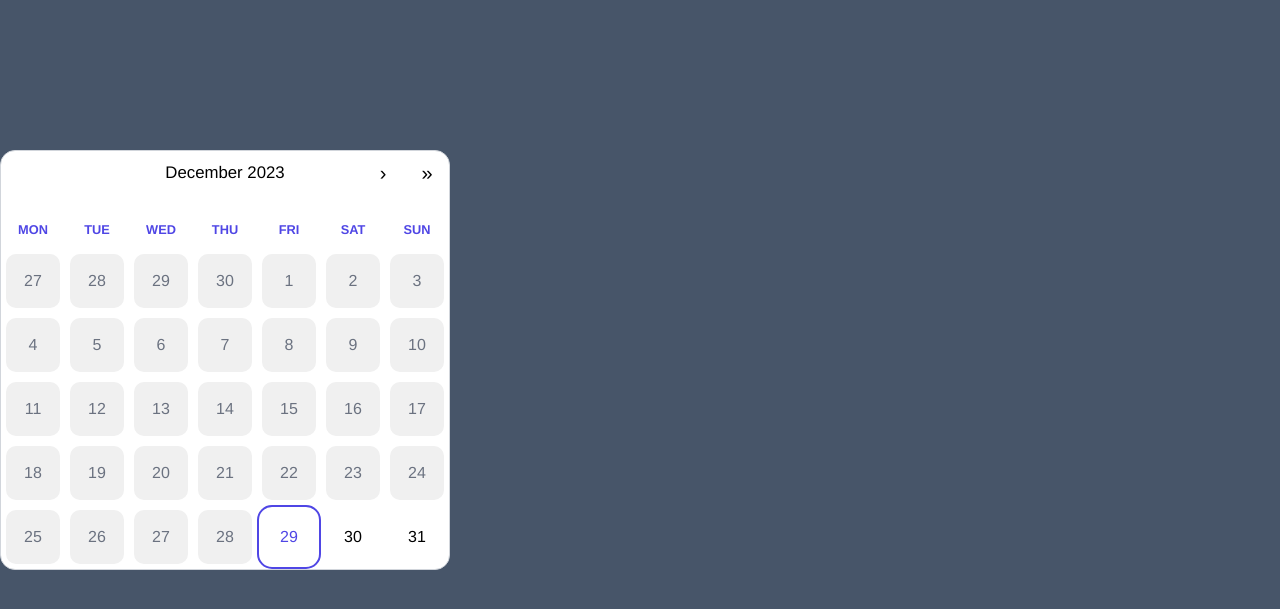
Repository: ImedBousakhria/appointment_system_prototype
Page: /
The author's editor kept a copy of each file at every save. The page is drawn from the files as they stood at one save, then again after a run of saves.
The browser window is 1280 px wide. The pictures show the whole page.
The project was rebuilt for these pictures with package versions that can differ from the ones it lists, and the page was loaded fresh each time. Also part of the build but not shown: vite.config.js.

Above is the page before, as saved 2023-12-30 00:30:27.

### src/App.jsx
import React, { useState } from "react";
import reactLogo from "./assets/react.svg";
import viteLogo from "/vite.svg";
import { InlineWidget } from "react-calendly";
import ReactCalendar from "react-calendar";
import "./Calendar.css";
import { add, format } from "date-fns";
function App() {
  const [date, setDate] = useState({ justDate: null, dateTime: null });

  const getTimes = () => {
    if (!date.justDate) return;
    const { justDate } = date;
    const beginning = add(justDate, { hours: 9 });
    const end = add(justDate, { hours: 12 });
    const interval = 30;

    const times = [];
    for (let i = beginning; i <= end; i = add(i, { minutes: interval })) {
      times.push(new Date(i));
    }

    return times;
  };
  const times = getTimes();
  return (
    <div className=" bg-slate-600 flex gap-6 items-center h-screen">
      <ReactCalendar
        minDate={new Date()}
        className="REACT-CALENDAR"
        view="month"
        onClickDay={(date) => setDate((prev) => ({ ...prev, justDate: date }))}
      />
      {date.justDate ? (
        <div className=" flex flex-col gap-3">
          {times?.map((time, i) => (
            <div key={`time-${i}`} className=" bg-white py-2 px-3 cursor-pointer rounded-md font-semibold hover:bg-gray-300">
              {console.log(time)}
              {format(time, "kk:mm")}
            </div>
          ))}
        </div>
      ) : null}
    </div>
  );
}

export default App;

### src/index.css
/* styles.css */

@import 'tailwindcss/base';
@import 'tailwindcss/components';
@import 'tailwindcss/utilities';

/* Your custom styles go here */

### src/Calendar.css
.react-calendar {
    width: 450px;
    max-width: 100%;
    background: white;
    border-radius: 15px;
    border: 1px solid rgb(209 213 219);
    font-family: Manrope, Helvetica, sans-serif;
    line-height: 1.125em;
  }
  .react-calendar--doubleView {
    width: 700px;
  }
  .react-calendar--doubleView .react-calendar__viewContainer {
    display: flex;
    margin: -0.5em;
  }
  .react-calendar--doubleView .react-calendar__viewContainer > * {
    width: 50%;
    margin: 0.5em;
  }
  .react-calendar,
  .react-calendar *,
  .react-calendar *:before,
  .react-calendar *:after {
    -moz-box-sizing: border-box;
    -webkit-box-sizing: border-box;
    box-sizing: border-box;
  }

  /* Custom Navigation Styles */
  @media screen and (max-width: 500px) {
    .react-calendar__navigation__prev2-button,
    .react-calendar__navigation__prev-button {
      display: none;
    }
    .react-calendar__navigation__label {
      padding-left: 1rem;
      text-align: left;
    }
  }

  .react-calendar button {
    margin: 0;
    border: 0;
    outline: none;
  }
  .react-calendar button:enabled:hover {
    cursor: pointer;
  }
  .react-calendar__navigation {
    display: flex;
    height: 44px;
    margin-bottom: 1em;
  }
  .react-calendar__navigation button {
    min-width: 44px;
    background: none;
  }
  .react-calendar__navigation button:disabled {
    visibility: hidden;
    background-color: #f0f0f0;
  }
  .react-calendar__navigation button:enabled:hover,
  .react-calendar__navigation button:enabled:focus {
    background-color: #e6e6e6;
  }
  .react-calendar__month-view__weekdays {
    color: #4f46e5;
    text-align: center;
    text-transform: uppercase;
    font-weight: 700;
    font-size: 0.8em;
  }
  /* Each day should be round when hovered */
  .react-calendar__month-view__days__day {
    padding: 5px;
    background-clip: content-box !important;
    border-radius: 15px !important;
  }

  .react-calendar__navigation__label__labelText {
    font-weight: 500;
    font-size: 1.05em;
  }
  .react-calendar__navigation__label {
    pointer-events: none;
  }

  .react-calendar__navigation__arrow {
    background-color: #fff;
    padding: 7px;
    background-clip: content-box !important;
    border-radius: 50px;
    font-size: 1.25em;
  }
  .react-calendar__navigation__arrow:hover {
    background-color: rgb(107 114 128);
  }

  /* If you do not wish to show weekends */

  /*
  .react-calendar__month-view__days > .react-calendar__tile,
  .react-calendar__month-view__weekdays__weekday {
    flex-basis: 20% !important;
    max-width: 20% !important;
  }

  .react-calendar__month-view__weekdays__weekday:nth-child(6),
  .react-calendar__month-view__weekdays__weekday:nth-child(7) {
    display: none !important;
  }

  .react-calendar__month-view__days__day--weekend {
    display: none !important;
  }
  */

  .react-calendar__month-view__weekdays__weekday {
    padding: 0.75em;
  }
  .react-calendar__month-view__weekdays__weekday abbr {
    text-decoration: none;
  }
  .react-calendar__month-view__weekNumbers .react-calendar__tile {
    display: flex;
    align-items: center;
    justify-content: center;
    font-size: 0.75em;
    font-weight: bold;
  }
  .react-calendar__month-view__days__day--neighboringMonth {
    color: #b3b3b3;
  }
  .react-calendar__year-view .react-calendar__tile,
  .react-calendar__decade-view .react-calendar__tile,
  .react-calendar__century-view .react-calendar__tile {
    padding: 2em 0.5em;
  }
  .react-calendar__tile {
    aspect-ratio: 1/1;
    max-width: 100%;
    background: none;
    text-align: center;
  }
  .react-calendar__tile:disabled {
    background-color: #f0f0f0;
    color: rgb(107 114 128);
  }
  .react-calendar__tile:enabled:hover,
  .react-calendar__tile:enabled:focus {
    background-color: rgb(238 242 255);
  }
  .react-calendar__tile--now {
    border-radius: 15px;
    border: 2px solid #4f46e5 !important;
    color: #4f46e5;
  }
  .react-calendar__tile--now:enabled:hover,
  .react-calendar__tile--now:enabled:focus {
    background-color: rgb(238 242 255);
  }
  .react-calendar__tile--hasActive {
    background: #76baff;
  }
  .react-calendar__tile--hasActive:enabled:hover,
  .react-calendar__tile--hasActive:enabled:focus {
    background: #a9d4ff;
  }
  .react-calendar__tile--active:enabled:hover,
  .react-calendar__tile--active:enabled:focus {
    background: #4f46e5;
    color: white;
  }
  .react-calendar--selectRange .react-calendar__tile--hover {
    background-color: rgb(238 242 255);
  }

### tailwind.config.js
/** @type {import('tailwindcss').Config} */
module.exports = {
  content: ["./src/**/*.{js,jsx,ts,tsx}"],
  theme: {
    extend: {
      colors: {

      },
    },
  },
  plugins: [],
};

Loaded but not shown: index.html (common file); src/main.jsx (common file)

After the next 2 saves:
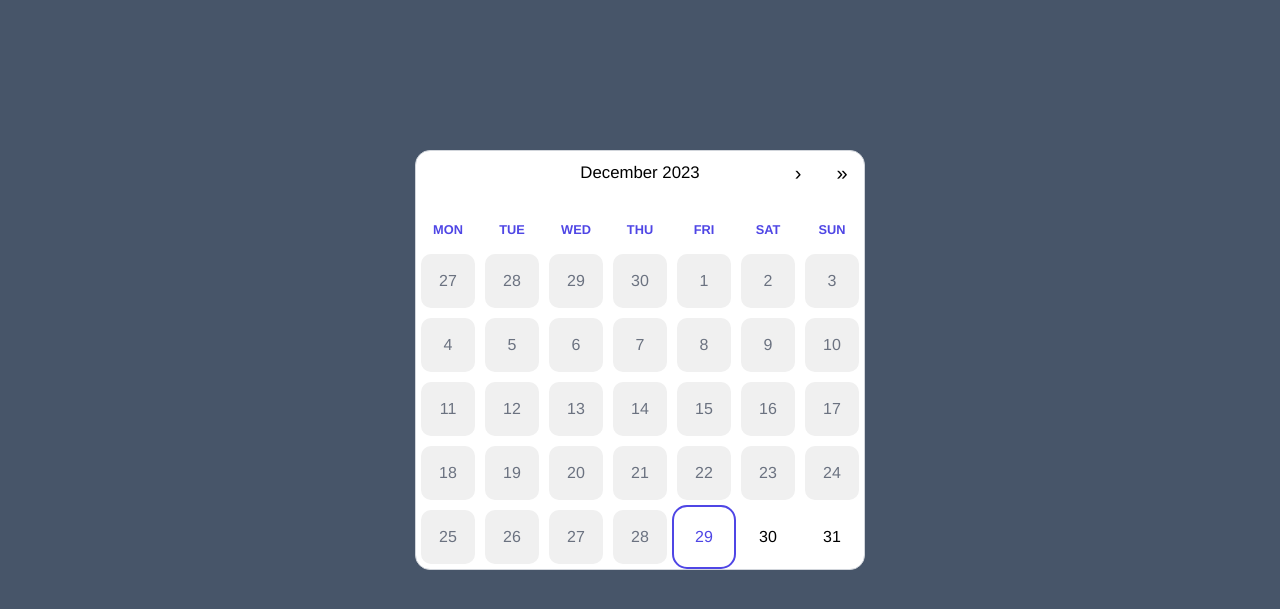
The 2 saves are shown as one change because they came seconds apart.
The last was saved 5 s later.
--- a/src/App.jsx
+++ b/src/App.jsx
@@ -24,7 +24,7 @@ function App() {
   };
   const times = getTimes();
   return (
-    <div className=" bg-slate-600 flex gap-6 items-center h-screen">
+    <div className=" bg-slate-600 flex gap-6 items-center h-screen justify-center">
       <ReactCalendar
         minDate={new Date()}
         className="REACT-CALENDAR"
